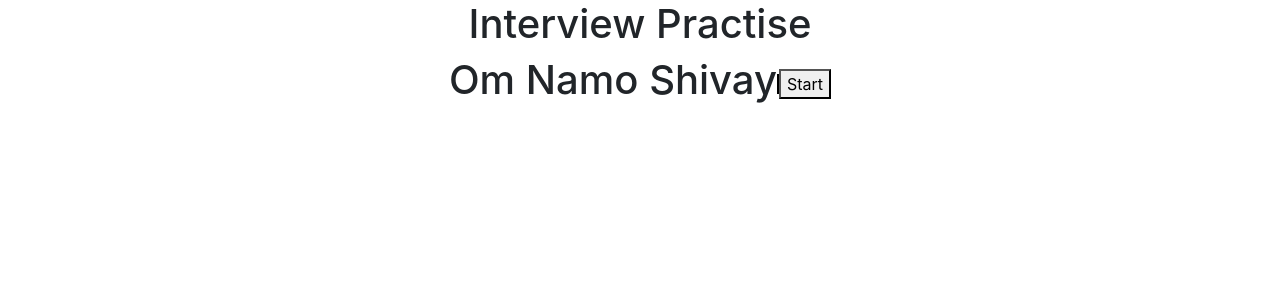
Repository: punitbathija/Machine-Round-React
Page: /
These files come from the project's save history. The page is drawn as it stood at one moment and after a run of saves; the edit follows.
The browser window is 1280 px wide. The pictures show the whole page.
The project was rebuilt for these pictures with package versions that can differ from the ones it lists, and the page was loaded fresh each time. Also part of the build but not shown: src/components/counter.jsx.

Above is the page before, as saved 2023-06-01 12:36:36.

After the next 2 saves:
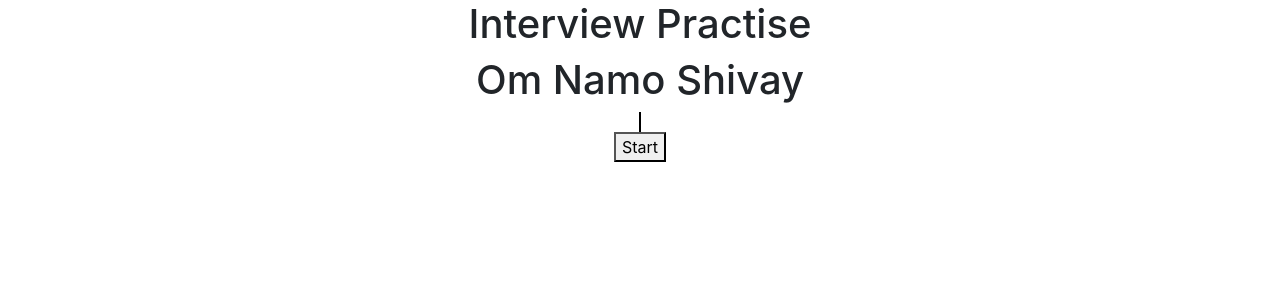
The 2 saves are shown as one change because they came seconds apart.
The last was saved 15 s later.
--- a/src/components/ProgressBar.js
+++ b/src/components/ProgressBar.js
@@ -16,6 +16,7 @@ const ProgressBar = () => {
     <div
       style={{
         display: "flex",
+        flexDirection: "column",
         alignItems: "center",
         justifyContent: "center",
         margin: "auto",
